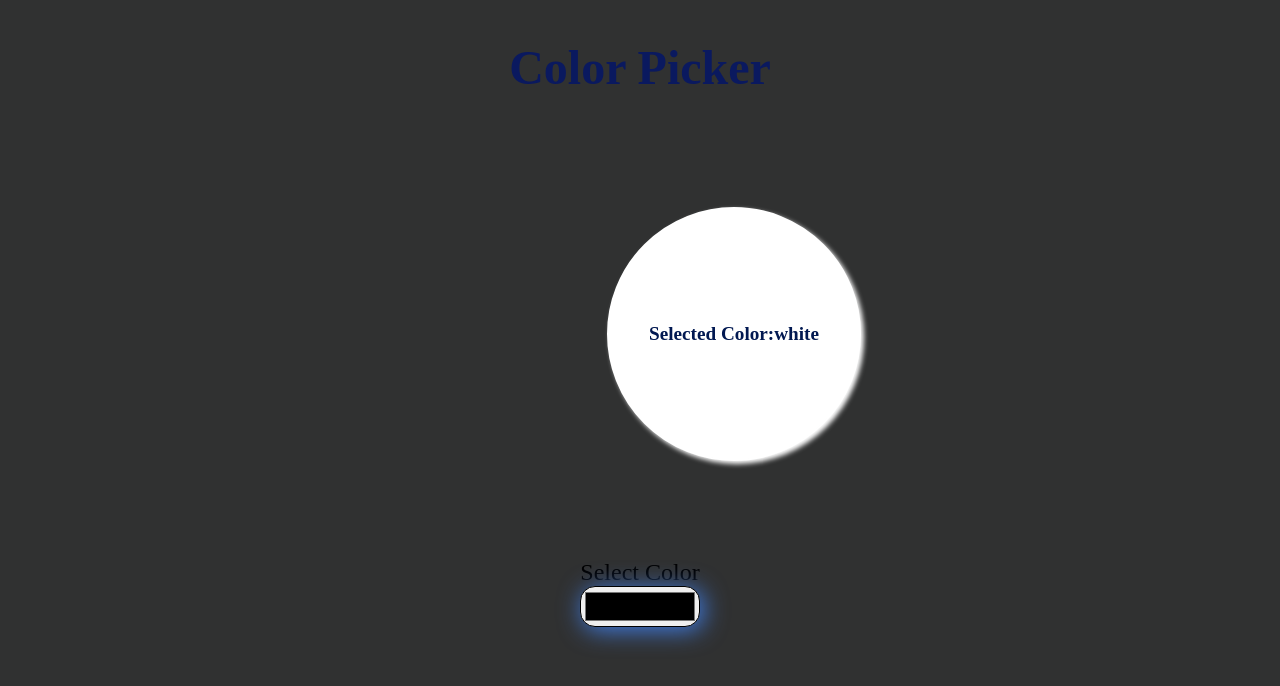
Repository: rkrukshan/Color-Picker--React-
Page: /
The author's editor kept a copy of each file at every save. The page is drawn from the files as they stood at one save, then again after the next save.
The browser window is 1280 px wide. The pictures show the whole page.
The project was rebuilt for these pictures with package versions that can differ from the ones it lists, and the page was loaded fresh each time. Also part of the build but not shown: vite.config.js.

Above is the page before, as saved 2024-07-21 19:02:22.

After the next save:
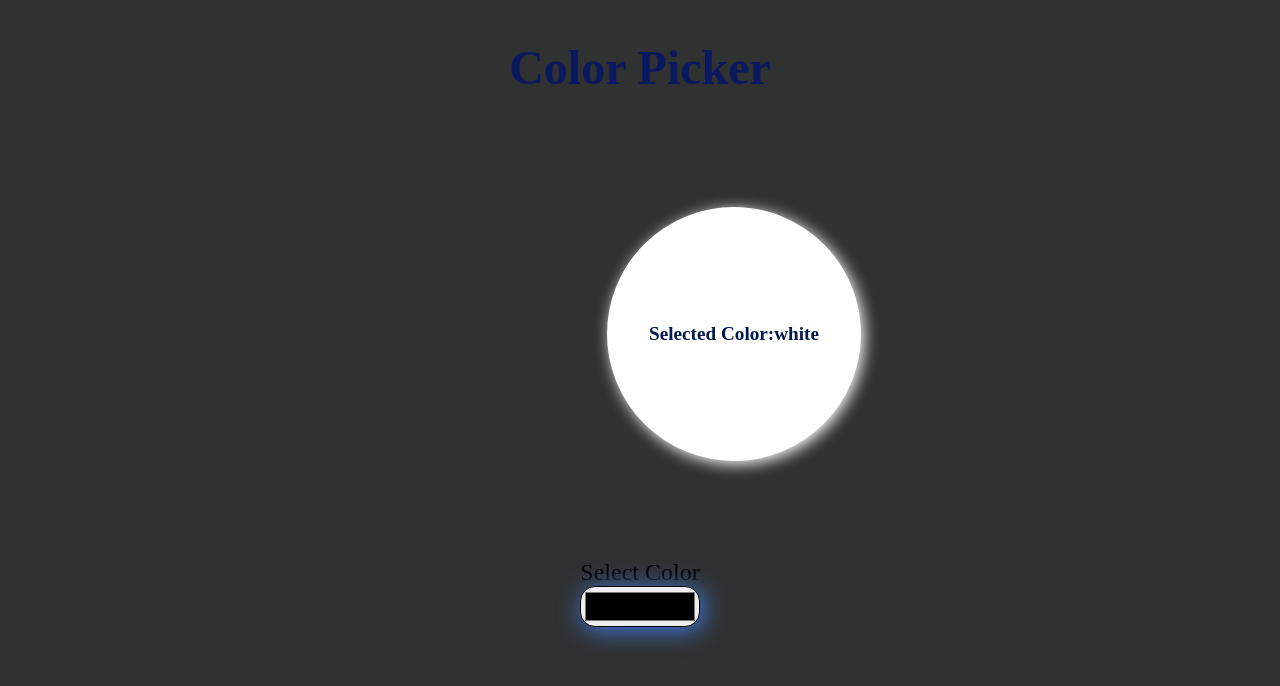
Saved 6 s later.
--- a/src/index.css
+++ b/src/index.css
@@ -22,7 +22,7 @@ body{
   align-items: center;
   border:2px solid rgb(255, 255, 255);
   border-radius: 50%;
-  box-shadow:3px 3px 5px rgb(255, 255, 255);
+  box-shadow:3px 3px 15px rgb(255, 255, 255);
   transition: .25s;
 }
 .selectedlabel
